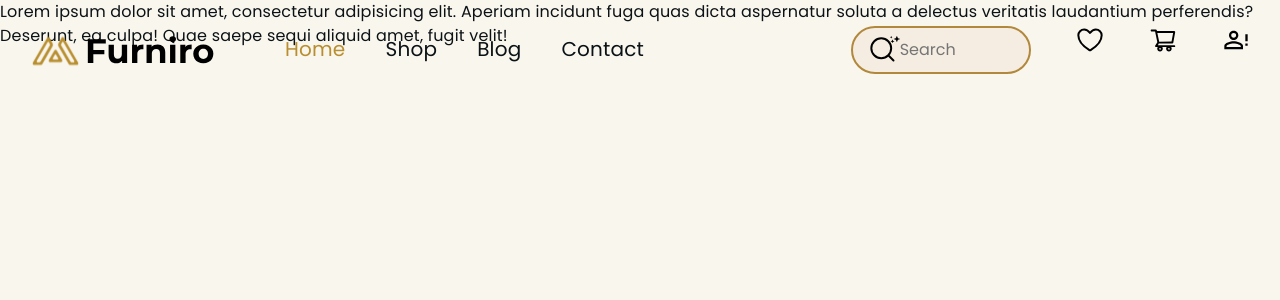
Repository: binhphanbp/furniro-interior_website
Page: index.html
These files come from the project's save history. The page is drawn as it stood at one moment and after the next save; the edit follows.
The browser window is 1280 px wide. The pictures show the whole page.

Above is the page before, as saved 2025-02-19 23:55:59.

### index.html
<!DOCTYPE html>
<html lang="en">
  <head>
    <meta charset="UTF-8" />
    <meta name="viewport" content="width=device-width, initial-scale=1.0" />
    <title>Furniro</title>

    <!-- Favicon -->
    <link rel="shortcut icon" href="./icons/favicon.ico" type="image/x-icon" />
    <link rel="icon" href="./icons/favicon.ico" type="image/x-icon" />

    <!-- Link CSS -->
    <link rel="stylesheet" href="./src/assets/styles/main.css" />
  </head>
  <body class="homepage">
    <!-- PROGRESS BAR -->
    <div class="progress-container">
      <div class="progress-bar"></div>
    </div>

    <!-- HEADER -->

    <header class="header">
      <div class="container">
        <nav class="header__menu">
          <a class="header__logo" href="#">
            <img src="./icons/furniro-logo-type.svg" alt="logo-furniro" />
          </a>
          <ul class="header__menu-list">
            <li>
              <a href="#" class="--active">home</a>
            </li>
            <li>
              <a href="./src/pages/shop.html">shop</a>
            </li>
            <li>
              <a href="./src/pages/blog.html">blog</a>
            </li>
            <li>
              <a href="./src/pages/contact.html">contact</a>
            </li>
          </ul>
        </nav>
        <ul class="header__icons">
          <li class="header__icons-searchbar">
            <label for="search-input">
              <img src="./icons/icon-search.svg" alt="icon-search" />
            </label>
            <input type="text" id="search-input" placeholder="Search" />
          </li>
          <li class="header__icons-item">
            <a href="#">
              <img src="./icons/icon-heart.svg" alt="icon-heart" />
            </a>
          </li>
          <li class="header__icons-item">
            <a href="./src/pages/cart.html">
              <img src="./icons/icon-cart.svg" alt="icon-cart"
            /></a>
          </li>
          <li class="header__icons-item">
            <a href="#">
              <img src="./icons/icon-account-alert.svg" alt="icon-account" />
            </a>
          </li>
        </ul>
      </div>
    </header>

    <!-- MAIN -->
    <main class="main">
      <p>
        Lorem ipsum dolor sit amet, consectetur adipisicing elit. Aperiam
        incidunt fuga quas dicta aspernatur soluta a delectus veritatis
        laudantium perferendis? Deserunt, ea culpa! Quae saepe sequi aliquid
        amet, fugit velit!
      </p>
      <!-- Section Hero -->
      <section class="schero">
        <div class="container"></div>
      </section>

      <!-- Section Menu -->
      <section class="scmenu">
        <div class="container"></div>
      </section>

      <!-- Section Services -->
      <section class="scservices">
        <div class="container"></div>
      </section>

      <!-- Section Delivery -->
      <section class="scdelivery">
        <div class="container"></div>
      </section>

      <!-- Section Our Customers -->
      <section class="sccustomers">
        <div class="container"></div>
      </section>

      <!-- Section Our Blog -->
      <section class="scblog">
        <div class="container"></div>
      </section>
    </main>

    <!-- FOOTER -->
    <footer class="footer">
      <div class="container"></div>
    </footer>

    <!-- JavaScript -->
    <script type="module" src="./src/scripts/main.js"></script>
  </body>
</html>

### src/assets/styles/main.css
/* Reset CSS */
@import './base/reset.css';

/* Font */
@import './base/variables.css';
@import './base/fonts.css';

/* Layouts (General Structure) */
@import './base/layouts.css';

/* Components */
@import './components/header.css';
@import './components/footer.css';
@import './components/components.css';

/* Pages */
@import './pages/home.css';
@import './pages/shop.css';
@import './pages/shop-details.css';
@import './pages/cart.css';
@import './pages/checkout.css';
@import './pages/product-comparison.css';
@import './pages/blog.css';
@import './pages/contact.css';

### src/assets/styles/base/reset.css
* {
  margin: 0;
  padding: 0;
  border: 0;
  font-size: 100%;
  font: inherit;
  vertical-align: baseline;
  box-sizing: border-box;
}
body {
  line-height: 1;
}
ol,
ul {
  list-style: none;
}
blockquote,
q {
  quotes: none;
}
blockquote:before,
blockquote:after,
q:before,
q:after {
  content: '';
  content: none;
}
table {
  border-collapse: collapse;
  border-spacing: 0;
}
img,
object,
embed {
  max-width: 100%;
}

a {
  text-decoration: none;
  outline: 0;
}
strong {
  font-family: db;
}
sub {
  vertical-align: sub;
  font-size: smaller;
}
sup {
  vertical-align: super;
  font-size: smaller;
}

### src/assets/styles/base/variables.css
:root {
  /* Page Setting Variables */
  --max-width-page: 2560px;
  --max-width-container-fluid: 1920px;
  --max-width-container: calc(1236px + calc(var(--gap) * 2));

  --gap: 30px;
  --pd-left-right: 20px;

  /* Color Variables */
  --primary-cl: #b88e2f;
  --primary-cl-hover: #d3ac51;
  --secondary-cl: #fff3e3;
  --tertiary-cl: #f3e9dc;

  --white-page-cl: #f9f6ee;
  --black-cl: #0b1215;

  --gray-dark-cl: #898989;
  --gray-light-cl: #9f9f9f;
  --product-hover: #3a3a3a;

  --red-cl: #e97171;
  --green-cl: #2ec1ac;
  --purple-cl: #816dfa;

  /* Font-size, Line-height, Letter-spacing Variables: */
  --fs-h1: 5.6rem;
  --lh-h1: 6.5rem;
  --ls-h1: 2px;

  --fs-h2: 4rem;
  --lh-h2: 4.8rem;
  --ls-h2: 0.25px;

  --fs-h3: 2.4rem;
  --lh-h3: 2.8rem;
  --ls-h3: 0.1px;

  --fs-text-button: 1.6rem;
  --lh-text-button: 2.4rem;
  --ls-text-button: 0.2px;

  --fs-body: 1.6rem;
  --lh-body: 2.4rem;
  --ls-body: 0.2px;

  /* Fonts: */
  --font-body: ppr;
  --font-body-light: ppl;
  --font-body-medium: ppm;
  --font-body-semibold: ppsb;
  --font-body-bold: ppb;

  /* General Variables */
  --height-header: 100px;
  --height-footer: 505px;
  --height-button: 48px;
  --height-button-medium: 64px;
  --height-button-large: 74px;
  --pd-section: 60px;

  /* Timing Transition Variables: */
  --duration: 0.4s;
  --cubic: cubic-bezier(0.59, 0.29, 0.15, 0.93);
}

### src/assets/styles/base/fonts.css
@font-face {
  font-family: 'ppl';
  src: url('../../fonts/Poppins-Light.woff2') format('woff2'),
    url('../../fonts/Poppins-Light.woff') format('woff');
  font-weight: 300;
  font-style: normal;
  font-display: swap;
}

@font-face {
  font-family: 'ppr';
  src: url('../../fonts/Poppins-Regular.woff2') format('woff2'),
    url('../../fonts/Poppins-Regular.woff') format('woff');
  font-weight: normal;
  font-style: normal;
  font-display: swap;
}

@font-face {
  font-family: 'ppm';
  src: url('../../fonts/Poppins-Medium.woff2') format('woff2'),
    url('../../fonts/Poppins-Medium.woff') format('woff');
  font-weight: 500;
  font-style: normal;
  font-display: swap;
}

@font-face {
  font-family: 'ppsb';
  src: url('../../fonts/Poppins-SemiBold.woff2') format('woff2'),
    url('../../fonts/Poppins-SemiBold.woff') format('woff');
  font-weight: 600;
  font-style: normal;
  font-display: swap;
}

@font-face {
  font-family: 'ppb';
  src: url('../../fonts/Poppins-Bold.woff2') format('woff2'),
    url('../../fonts/Poppins-Bold.woff') format('woff');
  font-weight: bold;
  font-style: normal;
  font-display: swap;
}

### src/assets/styles/base/layouts.css
html {
  font-size: 62.5%;

  scroll-behavior: smooth;

  /* CUSTOM SCROLLBAR */
  /* width */
  ::-webkit-scrollbar {
    width: 10px;
  }
  /* Track */
  ::-webkit-scrollbar-track {
    background: var(--gray-light-cl);
  }
  /* Handle */
  ::-webkit-scrollbar-thumb {
    background: var(--primary-cl);
    border-radius: 40px;
  }
  /* Handle on hover */
  ::-webkit-scrollbar-thumb:hover {
    background: var(--gray-dark-cl);
  }

  /* Custom background-color text selection */
  ::-moz-selection {
    color: var(--white-page-cl);
    background: var(--primary-cl);
  }
  ::selection {
    color: var(--white-page-cl);
    background: var(--primary-cl);
  }
}

body {
  background-color: var(--white-page-cl);
  width: 100%;
  max-width: var(--max-width-page);
  margin: auto;

  color: var(--black-cl);
  font-family: var(--font-body);
  font-size: var(--fs-body);
  line-height: var(--lh-body);
  letter-spacing: var(--ls-body);
}

.container-fluid {
  width: 100%;
  max-width: var(--max-width-container-fluid);
  padding-right: var(--gap);
  padding-left: var(--gap);
  margin-right: auto;
  margin-left: auto;
  position: relative;
}

.container {
  width: 100%;
  max-width: var(--max-width-container);
  padding-right: var(--gap);
  padding-left: var(--gap);
  margin-right: auto;
  margin-left: auto;
  position: relative;
}

.main {
  position: relative;
}

section .ptb {
  padding: var(--pd-section) 0;
}
section .pt {
  padding: var(--pd-section);
}
section .pb {
  padding: var(--pd-section);
}

### src/assets/styles/components/header.css
.header {
  position: absolute;
  top: 0;
  z-index: 3;
  width: 100%;
  max-width: var(--max-width-page);
  height: var(--height-header);
}

.header .container {
  display: flex;
  align-items: center;
  justify-content: space-between;
  height: 100%;
}

.header .header__menu {
  display: flex;
  align-items: center;
  gap: 50px;
}

/* Header Menu */
.header .header__menu .header__menu-list {
  display: flex;
}

.header .header__menu .header__menu-list li a {
  padding: 8px var(--pd-left-right);
  text-transform: capitalize;
  font-size: 2rem;
  color: var(--black-cl);
  text-wrap: nowrap;
  cursor: pointer;

  transition: var(--duration);
  -webkit-transition: var(--duration);
  -moz-transition: var(--duration);
  -ms-transition: var(--duration);
  -o-transition: var(--duration);
}
.header .header__menu .header__menu-list li a:hover,
.header .header__menu .header__menu-list li a.--active {
  color: var(--primary-cl);
}

.header .header__menu .header__menu-list li a::after {
  content: '';
  display: block;
  /* width: calc(100% - calc(var(--padding-lf) * 2)); */
  width: 0;
  height: 2px;
  background-color: var(--primary-cl);
  position: absolute;
  bottom: 0;
  left: 50%;
  transform: translateX(-50%);

  transition: var(--duration);
  -webkit-transition: var(--duration);
  -moz-transition: var(--duration);
  -ms-transition: var(--duration);
  -o-transition: var(--duration);
}
.header .header__menu .header__menu-list li a::after:hover,
.header .header__menu .header__menu-list li a::after.--active {
  width: calc(100% - calc(var(--pd-left-right) * 2));
}

/* Header Icons */
.header .header__icons {
  display: flex;
  gap: 45px;
}

.header__icons-searchbar {
  display: flex;
  align-items: center;
  background-color: #f5ede1;
  border: 2px solid #b2893c;
  border-radius: 30px;
  padding: 8px 16px;
  width: 180px;
  transition: all 0.3s ease-in-out;
}

.header__icons-searchbar img {
  margin-right: 8px;
  cursor: pointer;
}

.header__icons-searchbar input {
  border: none;
  outline: none;
  background: transparent;
  font-size: 16px;
  color: #777;
  width: 100%;
}

.header__icons-searchbar:focus-within {
  border-color: #8b6a2f;
}

### src/assets/styles/components/components.css
img {
  max-width: 100%;
  -webkit-user-select: none;
  -moz-user-select: none;
  -ms-user-select: none;
  user-select: none;
  display: block;
  outline: 0;
  object-fit: contain;
}

img .--center {
  margin: 0 auto;
  display: block;
}

.--hidden {
  display: none;
}

.--disable-scroll {
  height: 100vh;
  overflow: hidden;
}

/* Progress Bar */
.progress-container {
  position: fixed;
  top: 0;
  left: 0;
  width: 100%;
  height: 5px;
  background: var(--white-page-cl);
}

.progress-bar {
  height: 100%;
  background: var(--primary-cl);
  width: 0%;

  /* Scroll-driven animation */
  animation: grow linear;
  animation-timeline: scroll();
}

@keyframes grow {
  from {
    width: 0%;
  }
  to {
    width: 100%;
  }
}

/* Heading */
.heading {
  font-family: prb;
  color: var(--black-cl);
  text-transform: uppercase;
}
.heading .--h1 {
  font-size: var(--fs-h1);
  line-height: var(--lh-h1);
  letter-spacing: var(--ls-h1);
}
.heading .--h2 {
  font-size: var(--fs-h2);
  line-height: var(--lh-h2);
  letter-spacing: var(--ls-h2);
}
.heading .--h3 {
  font-size: var(--fs-h3);
  line-height: var(--lh-h3);
  letter-spacing: var(--ls-h3);
}
.heading .--primary-cl {
  color: var(--primary-cl);
}
.heading .--gray-light-cl {
  color: var(--gray-light-cl);
}

.textbutton {
  font-family: var(--font-body-semibold);
  font-size: var(--fs-text-button);
  line-height: var(--lh-text-button);
  letter-spacing: var(--ls-text-button);
}
/* Textbox */
.textbox .--align-center {
  text-align: center;
}

.textbox .desc {
  margin-top: 10px;
  color: var(--gray-dark-cl);
}

/* BUTTON */
.btn {
  display: inline-flex;
  align-items: center;
  justify-content: center;
  gap: 10px;
  padding: 0 36px;

  height: var(--height-button);
  font-family: var(--font-body-semibold);
  border: var(--primary-cl) solid 1px;
  background-color: var(--primary-cl);
  color: var(--white-page-cl);

  white-space: nowrap;
  cursor: pointer;
  transition: var(--duration);
  -webkit-transition: var(--duration);
  -moz-transition: var(--duration);
  -ms-transition: var(--duration);
  -o-transition: var(--duration);
}
.btn:hover {
  border: var(--white-page-cl) solid 1px;
  background-color: var(--primary-cl);
  color: var(--primary-cl);
}

.btn .--large {
  height: var(--height-button-large);
  padding: 0 72px;

  font-family: var(--font-body-bold);
  text-transform: uppercase;
}

.btn .--stroke {
  height: 48px;
  padding: 0 78px;
  background-color: transparent;
  color: var(--primary-cl);
  stroke: 1px solid var(--primary-cl);
}
.btn .--stroke:hover {
  background-color: var(--primary-cl);
  color: var(--white-page-cl);
}

.btn .--stroke-black {
  height: 48px;
  padding: 0 48px;
  background-color: transparent;
  color: var(--black-cl);
  stroke: 1px solid var(--black-cl);
}
.btn .--stroke-black:hover {
  background-color: var(--black-cl);
  color: var(--white-page-cl);
}

/* Button Pagination */
.btn-pagination {
  height: 60px;
  padding: 0 27px;

  background-color: var(--secondary-cl);
  color: var(--black-cl);
}
.btn-pagination:hover {
  background-color: var(--primary-cl-hover);
  color: var(--white-page-cl);
}
.btn-pagination .--active {
  background-color: var(--primary-cl);
  color: var(--white-page-cl);
}

Loaded but not shown: src/scripts/main.js (no stored copy; drawn as an empty file); src/assets/styles/components/footer.css (no stored copy; drawn as an empty file); src/assets/styles/pages/home.css (no stored copy; drawn as an empty file); src/assets/styles/pages/shop.css (no stored copy; drawn as an empty file); src/assets/styles/pages/shop-details.css (no stored copy; drawn as an empty file); src/assets/styles/pages/cart.css (no stored copy; drawn as an empty file); src/assets/styles/pages/checkout.css (no stored copy; drawn as an empty file); src/assets/styles/pages/product-comparison.css (no stored copy; drawn as an empty file); src/assets/styles/pages/blog.css (no stored copy; drawn as an empty file); src/assets/styles/pages/contact.css (no stored copy; drawn as an empty file)

After the next save:
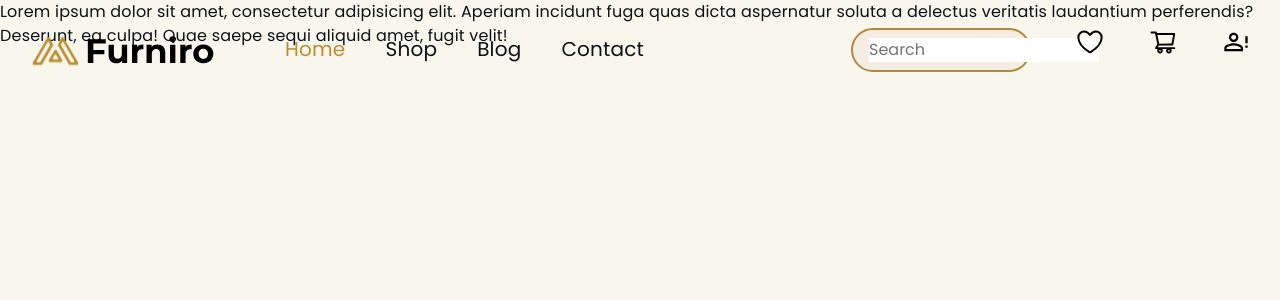
Saved 31 s later.
--- a/src/assets/styles/components/header.css
+++ b/src/assets/styles/components/header.css
@@ -83,21 +83,3 @@
   width: 180px;
   transition: all 0.3s ease-in-out;
 }
-
-.header__icons-searchbar img {
-  margin-right: 8px;
-  cursor: pointer;
-}
-
-.header__icons-searchbar input {
-  border: none;
-  outline: none;
-  background: transparent;
-  font-size: 16px;
-  color: #777;
-  width: 100%;
-}
-
-.header__icons-searchbar:focus-within {
-  border-color: #8b6a2f;
-}
